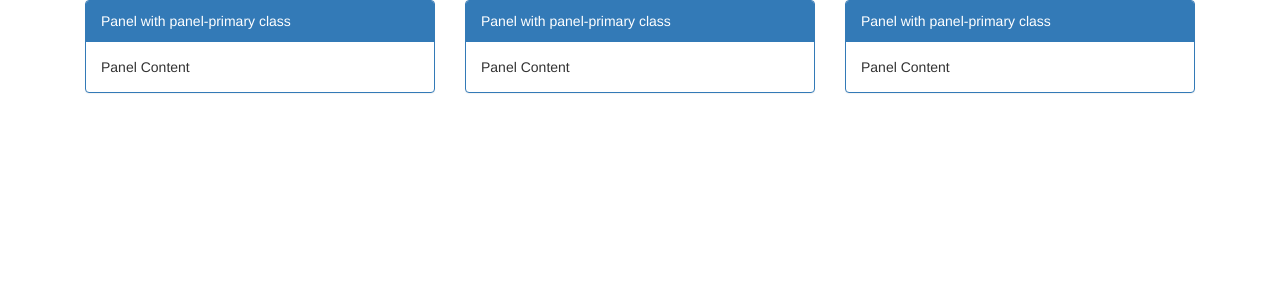
Repository: vivek9520/ITPfinal
Page: http://localhost/ITP/ReportMain.jsp
These files come from the project's save history. The page is drawn as it stood at one moment and after the next save; the edit follows.
The browser window is 1280 px wide. The pictures show the whole page.
The page is served by Tomcat 9.

Above is the page before, as saved 2019-10-05 11:16:16.

After the next save:
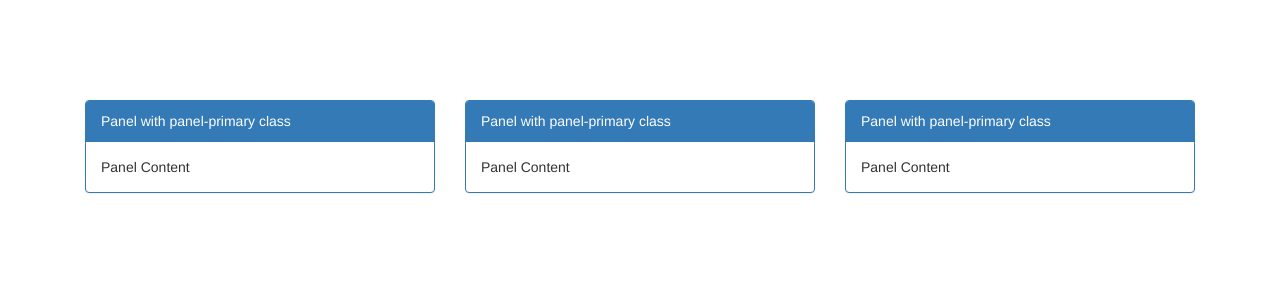
Saved 86 s later.
--- a/ITP 2/ITP/WebContent/ReportMain.jsp
+++ b/ITP 2/ITP/WebContent/ReportMain.jsp
@@ -10,7 +10,13 @@
   <link rel="stylesheet" href="https://maxcdn.bootstrapcdn.com/bootstrap/3.4.0/css/bootstrap.min.css">
   <script src="https://ajax.googleapis.com/ajax/libs/jquery/3.4.1/jquery.min.js"></script>
   <script src="https://maxcdn.bootstrapcdn.com/bootstrap/3.4.0/js/bootstrap.min.js"></script>
+<style type="text/css">
+.container{
+padding-top: 100px;
 
+}
+
+</style>
 </head>
 <body>
 <div class="container">
